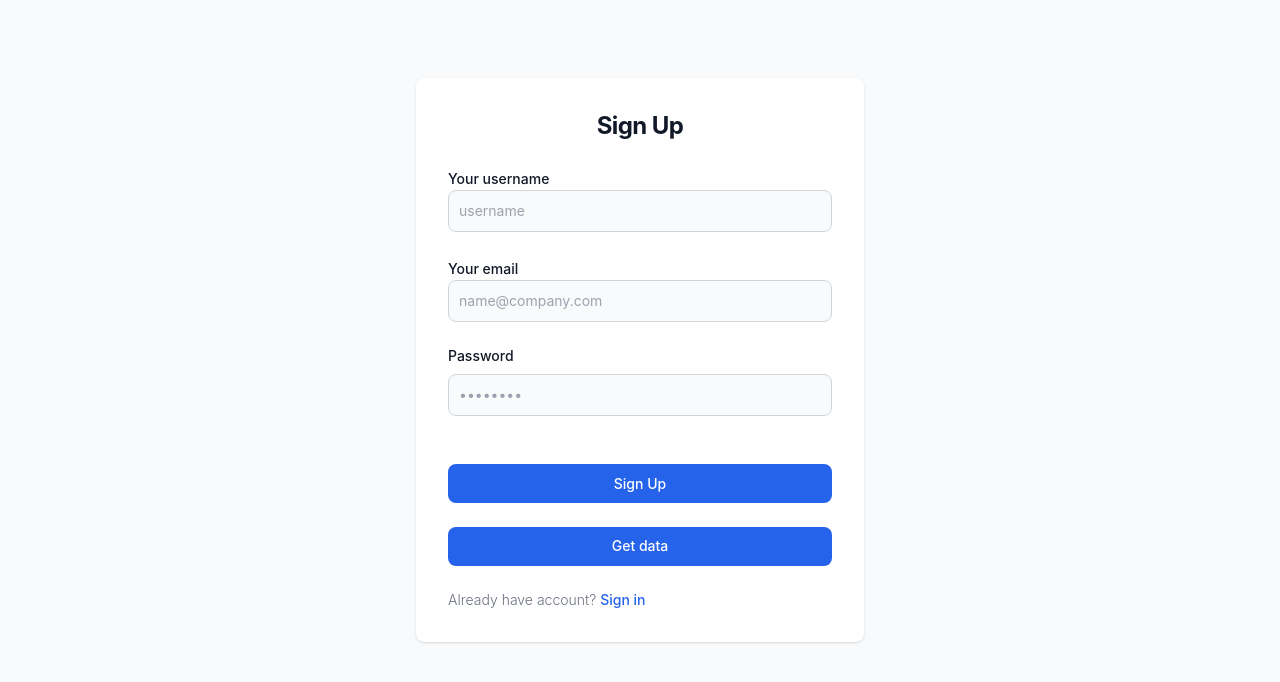
Repository: Than-sothearak/news-today
Page: /register (app in client/)
These files come from the project's save history. The page is drawn as it stood at one moment and after a run of saves; the edit follows.
The browser window is 1280 px wide. The pictures show the whole page.
The project was rebuilt for these pictures with package versions that can differ from the ones it lists, and the page was loaded fresh each time. Also part of the build but not shown: client/vite.config.js, client/data.js, client/src/components/Post.jsx, client/src/components/HeroBanner.jsx, client/src/page/Home.jsx, client/src/page/Login.jsx, client/src/page/Single.jsx, client/src/page/Write.jsx and 3 more.

Above is the page before, as saved 2023-03-05 17:37:54.

After the next 2 saves:
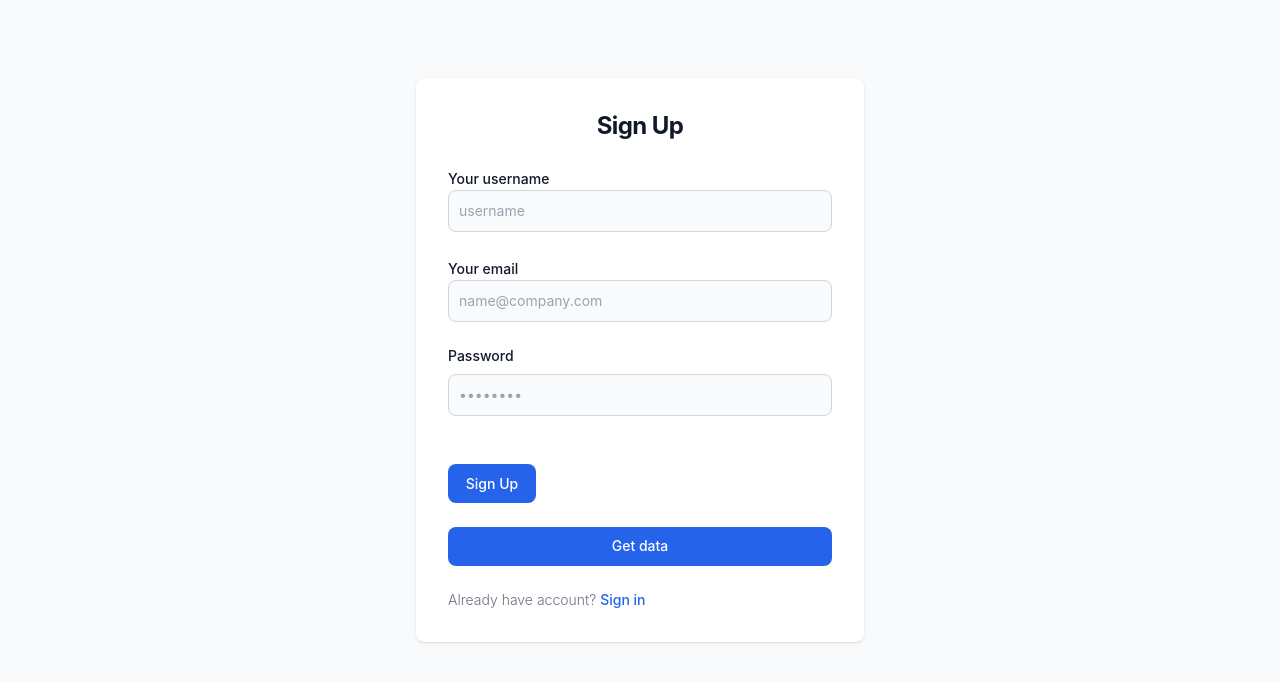
The 2 saves are shown as one change because they came seconds apart.
The last was saved 6 s later.
--- a/client/src/page/Register.jsx
+++ b/client/src/page/Register.jsx
@@ -110,7 +110,7 @@
               </div>
               <button
                 type="submit"
-                className="mt-10 w-full text-white bg-primary-600 hover:bg-primary-700 focus:ring-4 focus:outline-none focus:ring-primary-300 font-medium rounded-lg text-sm text-center dark:bg-primary-600 dark:hover:bg-primary-700 dark:focus:ring-primary-800"
+                className="mt-22w-full text-white bg-primary-600 hover:bg-primary-700 focus:ring-4 focus:outline-none focus:ring-primary-300 font-medium rounded-lg text-sm text-center dark:bg-primary-600 dark:hover:bg-primary-700 dark:focus:ring-primary-800"
               >
                 Sign Up
               </button>

After the save that followed:
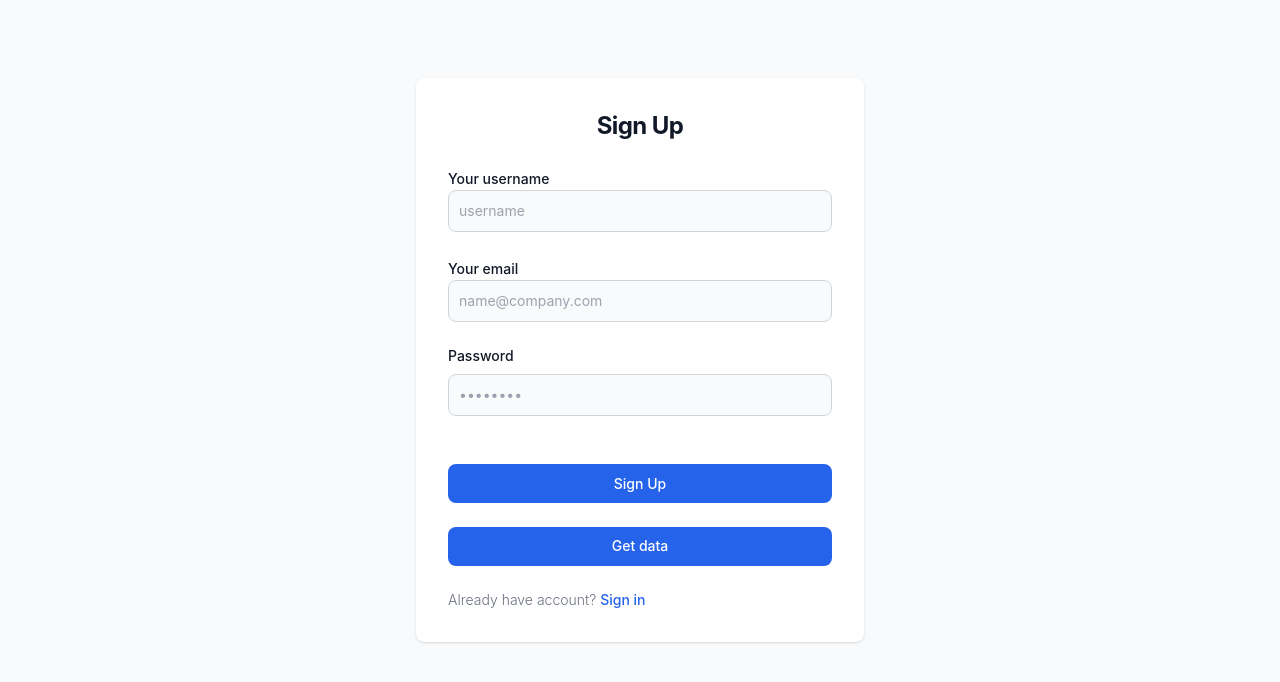
Saved 5 s later.
--- a/client/src/page/Register.jsx
+++ b/client/src/page/Register.jsx
@@ -110,7 +110,7 @@
               </div>
               <button
                 type="submit"
-                className="mt-22w-full text-white bg-primary-600 hover:bg-primary-700 focus:ring-4 focus:outline-none focus:ring-primary-300 font-medium rounded-lg text-sm text-center dark:bg-primary-600 dark:hover:bg-primary-700 dark:focus:ring-primary-800"
+                className="mt-0 w-full text-white bg-primary-600 hover:bg-primary-700 focus:ring-4 focus:outline-none focus:ring-primary-300 font-medium rounded-lg text-sm text-center dark:bg-primary-600 dark:hover:bg-primary-700 dark:focus:ring-primary-800"
               >
                 Sign Up
               </button>
